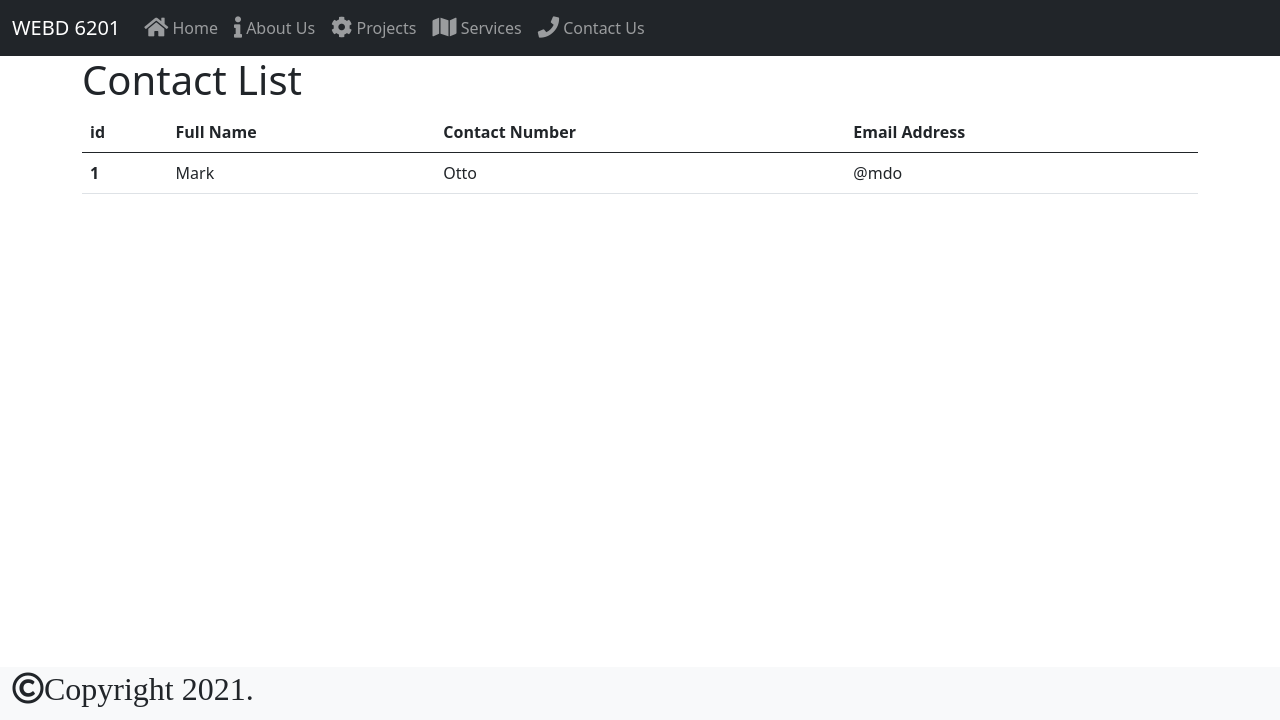
Repository: vans12345678/WEBD6201-W2021-Week3
Page: contact-list.html
The author's editor kept a copy of each file at every save. The page is drawn from the files as they stood at one save, then again after the next save.
The browser window is 1280 px wide. The pictures show the whole page.

Above is the page before, as saved 2021-01-28 09:38:20.

After the next save:
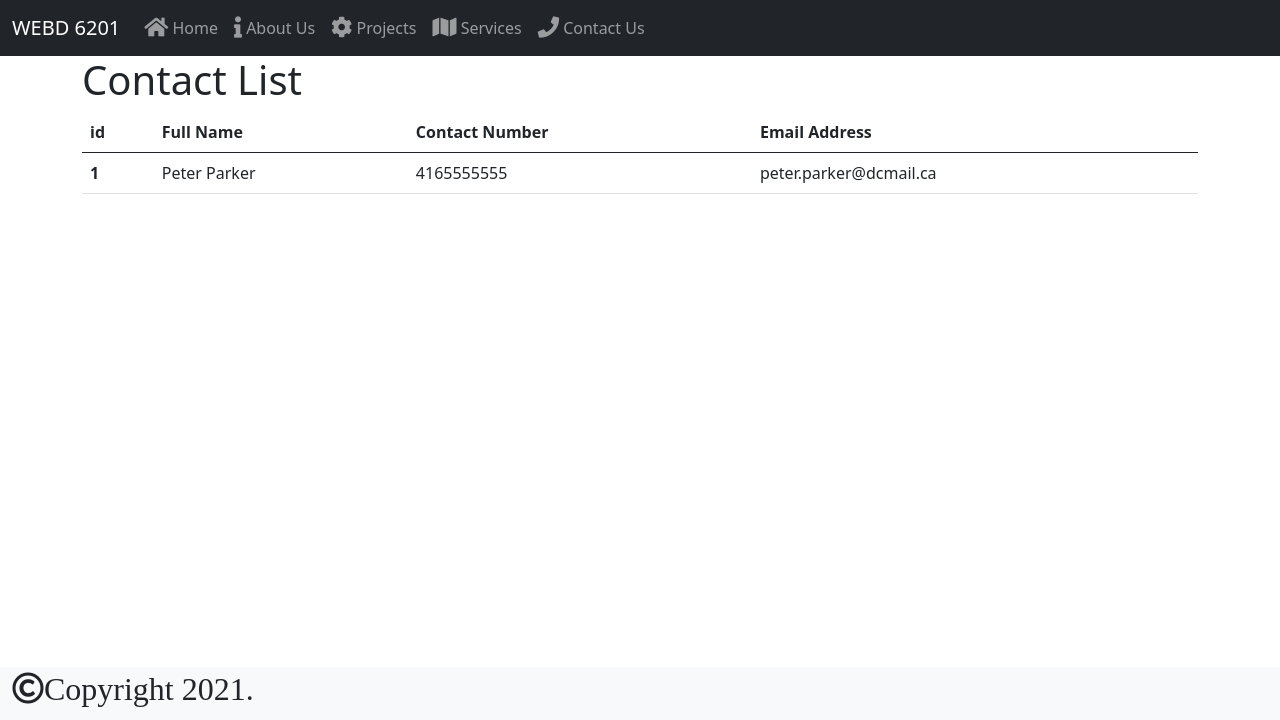
Saved 33 s later.
--- a/contact-list.html
+++ b/contact-list.html
@@ -61,11 +61,12 @@
                 </tr>
               </thead>
               <tbody>
+
                 <tr>
                   <th scope="row">1</th>
-                  <td>Mark</td>
-                  <td>Otto</td>
-                  <td>@mdo</td>
+                  <td>Peter Parker</td>
+                  <td>4165555555</td>
+                  <td>peter.parker@dcmail.ca</td>
                 </tr>
 
               </tbody>
